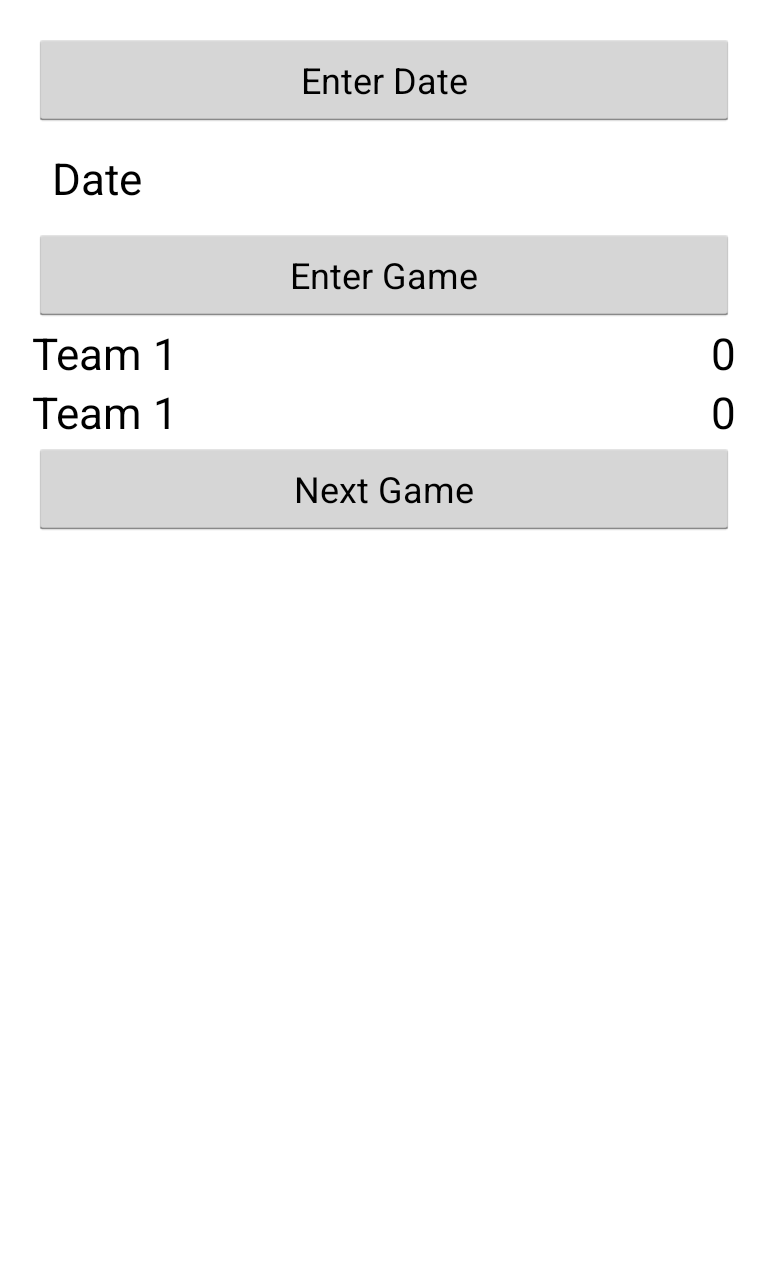
Repository: shervinshaikh/Android
Layout: NBAScoreTracker/res/layout/activity_sport_scores.xml
These files come from the project's save history. The layout is drawn as it stood at one moment and after the next save; the edit follows.
It is drawn on a 768 x 1280 px phone screen (xhdpi) without system bars, with theme AppTheme; the app's code is not run.

Above is the layout before, as saved 2013-04-27 18:46:00.

After the next save:
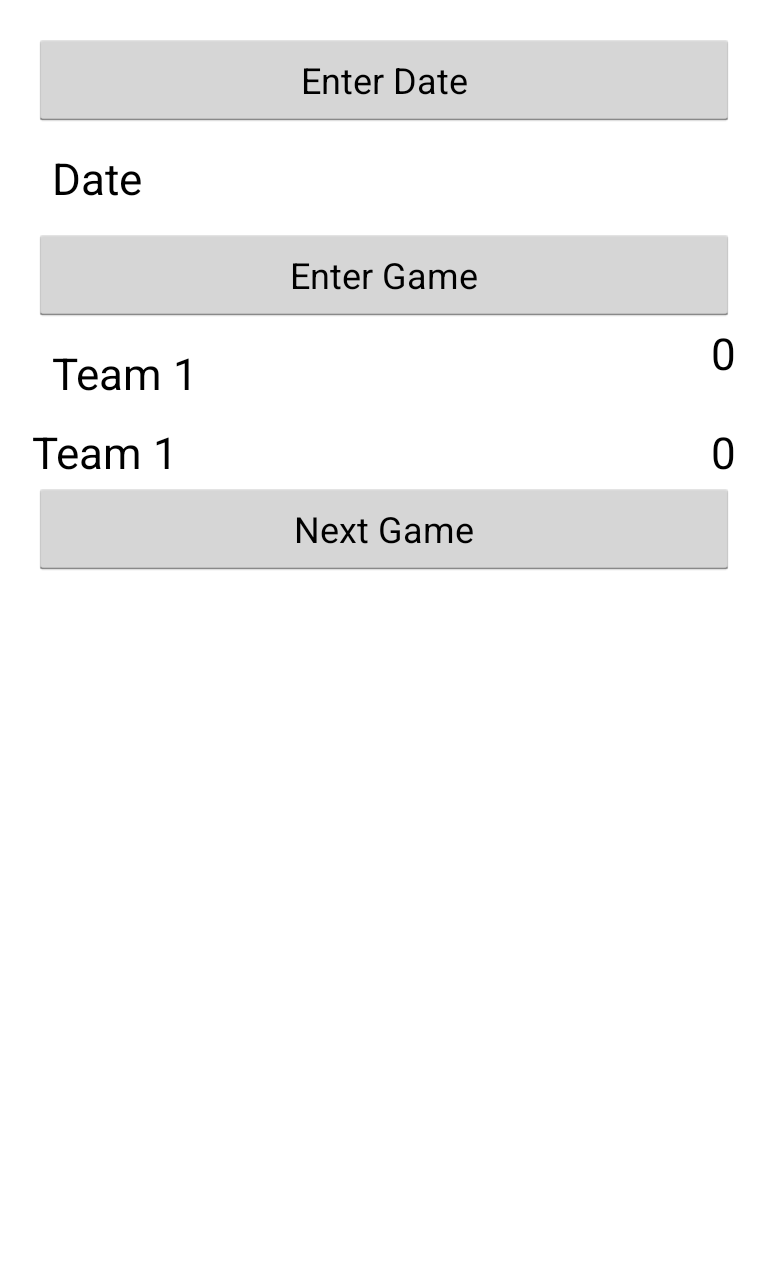
Saved 28 s later.
--- a/NBAScoreTracker/res/layout/activity_sport_scores.xml
+++ b/NBAScoreTracker/res/layout/activity_sport_scores.xml
@@ -45,7 +45,7 @@
             android:text="@string/team1"
             android:textAppearance="?android:attr/textAppearanceLarge"
             android:gravity="left"
-            android:weight="1" />
+            android:padding="10dip" />
 
         <TextView
             android:id="@+id/textView4"
